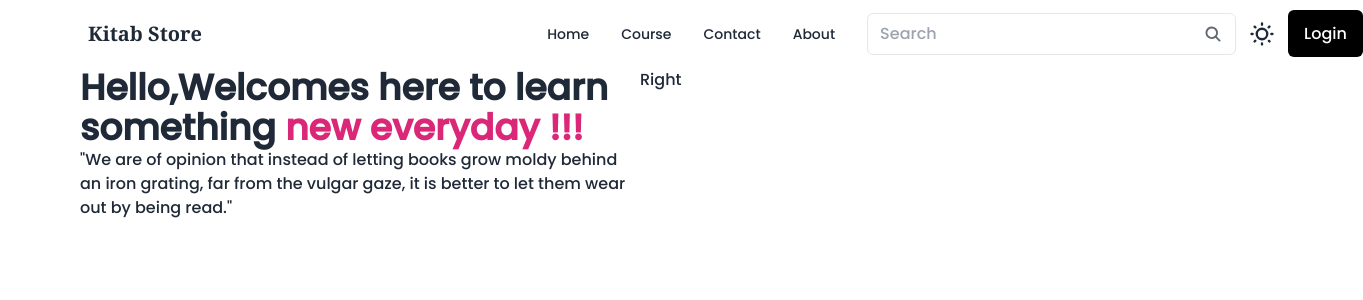
Repository: diensy/Kitab.com
Page: / (app in Frontend/)
The author's editor kept a copy of each file at every save. The page is drawn from the files as they stood at one save, then again after a run of saves.
The browser window is 1280 px wide. The page is 1363 px wide, so the pictures cover 1363 px, including what lies to the right of the window. The pictures show the whole page.
The project was rebuilt for these pictures with package versions that can differ from the ones it lists, and the page was loaded fresh each time. Also part of the build but not shown: Frontend/vite.config.js.

Above is the page before, as saved 2024-07-28 23:24:53.

### Frontend/src/App.jsx
import React from 'react'
import Navbar from './Components/Navbar'
import Banners from './Components/Banner'
const App = () => {
  return (
    <>
    <Navbar/>
    <Banners/>
    </>
  )
}

export default App

### Frontend/src/index.css
@import url("https://fonts.googleapis.com/css2?family=Fredoka:wght@300..700&family=Montserrat:ital,wght@0,100..900;1,100..900&family=Poppins:wght@500&display=swap");
@tailwind base;
@tailwind components;
@tailwind utilities;

body {
  font-family: "Poppins", sans-serif;
}

### Frontend/src/Components/Navbar.jsx
import React from "react";

const Navbar = () => {
  const navItems = (
    <>
      <li>
        <a>Home</a>
      </li>
      <li>
        <a>Course</a>
      </li>
      <li>
        <a>Contact</a>
      </li>
      <li>
        <a>About</a>
      </li>
    </>
  );
  return (
    <>
      <div className="max-w-screen-2xl container mx-auto md:px-20 px-4">
        <div className="navbar bg-base-100">
          <div className="navbar-start">
            <div className="dropdown">
              <div
                tabIndex={0}
                role="button"
                className="btn btn-ghost lg:hidden"
              >
                <svg
                  xmlns="http://www.w3.org/2000/svg"
                  className="h-5 w-5"
                  fill="none"
                  viewBox="0 0 24 24"
                  stroke="currentColor"
                >
                  <path
                    strokeLinecap="round"
                    strokeLinejoin="round"
                    strokeWidth="2"
                    d="M4 6h16M4 12h8m-8 6h16"
                  />
                </svg>
              </div>
              <ul
                tabIndex={0}
                className="menu menu-sm dropdown-content bg-base-100 rounded-box z-[1] mt-3 w-52 p-2 shadow"
              >
                {navItems}
              </ul>
            </div>
            <a className="text-xl font-bold cursor-pointer font-serif">
              Kitab Store
            </a>
          </div>
          <div className="nav-end space-x-3">
            <div className="navbar-center hidden lg:flex ">
              <ul className="menu menu-horizontal px-1">{navItems}</ul>
            </div>
            <div className="hidden md:block">
              <label className="flex items-center gap-2 border outline-none px-3 py-2 rounded-md">
                <input type="text" className="grow" placeholder="Search" />
                <svg
                  xmlns="http://www.w3.org/2000/svg"
                  viewBox="0 0 16 16"
                  fill="currentColor"
                  className="h-5 w-5 opacity-70"
                >
                  <path
                    fillRule="evenodd"
                    d="M9.965 11.026a5 5 0 1 1 1.06-1.06l2.755 2.754a.75.75 0 1 1-1.06 1.06l-2.755-2.754ZM10.5 7a3.5 3.5 0 1 1-7 0 3.5 3.5 0 0 1 7 0Z"
                    clipRule="evenodd"
                  />
                </svg>
              </label>
            </div>
            <label className="swap swap-rotate">
              {/* this hidden checkbox controls the state */}
              <input
                type="checkbox"
                className="theme-controller"
                value="synthwave"
              />

              {/* sun icon */}
              <svg
                className="swap-off h-7 w-7 fill-current"
                xmlns="http://www.w3.org/2000/svg"
                viewBox="0 0 24 24"
              >
                <path d="M5.64,17l-.71.71a1,1,0,0,0,0,1.41,1,1,0,0,0,1.41,0l.71-.71A1,1,0,0,0,5.64,17ZM5,12a1,1,0,0,0-1-1H3a1,1,0,0,0,0,2H4A1,1,0,0,0,5,12Zm7-7a1,1,0,0,0,1-1V3a1,1,0,0,0-2,0V4A1,1,0,0,0,12,5ZM5.64,7.05a1,1,0,0,0,.7.29,1,1,0,0,0,.71-.29,1,1,0,0,0,0-1.41l-.71-.71A1,1,0,0,0,4.93,6.34Zm12,.29a1,1,0,0,0,.7-.29l.71-.71a1,1,0,1,0-1.41-1.41L17,5.64a1,1,0,0,0,0,1.41A1,1,0,0,0,17.66,7.34ZM21,11H20a1,1,0,0,0,0,2h1a1,1,0,0,0,0-2Zm-9,8a1,1,0,0,0-1,1v1a1,1,0,0,0,2,0V20A1,1,0,0,0,12,19ZM18.36,17A1,1,0,0,0,17,18.36l.71.71a1,1,0,0,0,1.41,0,1,1,0,0,0,0-1.41ZM12,6.5A5.5,5.5,0,1,0,17.5,12,5.51,5.51,0,0,0,12,6.5Zm0,9A3.5,3.5,0,1,1,15.5,12,3.5,3.5,0,0,1,12,15.5Z" />
              </svg>

              {/* moon icon */}
              <svg
                className="swap-on h-7 w-7 fill-current"
                xmlns="http://www.w3.org/2000/svg"
                viewBox="0 0 24 24"
              >
                <path d="M21.64,13a1,1,0,0,0-1.05-.14,8.05,8.05,0,0,1-3.37.73A8.15,8.15,0,0,1,9.08,5.49a8.59,8.59,0,0,1,.25-2A1,1,0,0,0,8,2.36,10.14,10.14,0,1,0,22,14.05,1,1,0,0,0,21.64,13Zm-9.5,6.69A8.14,8.14,0,0,1,7.08,5.22v.27A10.15,10.15,0,0,0,17.22,15.63a9.79,9.79,0,0,0,2.1-.22A8.11,8.11,0,0,1,12.14,19.73Z" />
              </svg>
            </label>
            <div className="">
              <a className="bg-black text-white px-4 py-3 rounded-md hover:bg-slate-800 duration-300 cursor-pointer">
                Login
              </a>
            </div>
          </div>
        </div>
      </div>
    </>
  );
};

export default Navbar;

### Frontend/src/Components/Banner.jsx
import React from "react";

const Banner = () => {
  return (
    <>
      <div className="max-w-screen-2xl container mx-auto md:px-20 px-4 flex flex-col md:flex-row">
        <div className="w-full md:w-1/2">
          <h1 className="text-4xl font-bold">
            Hello,Welcomes here to learn something
            <span className="text-pink-600 "> new everyday !!!</span>
          </h1>
          <p>
            "We are of opinion that instead of letting books grow moldy behind
            an iron grating, far from the vulgar gaze, it is better to let them
            wear out by being read."
          </p>
        </div>
        <div className="w-full md:w-1/2">Right</div>
      </div>
    </>
  );
};

export default Banner;

Loaded but not shown: Frontend/index.html (common file); Frontend/src/main.jsx (common file); Frontend/tailwind.config.js (common file)

After the next 2 saves:
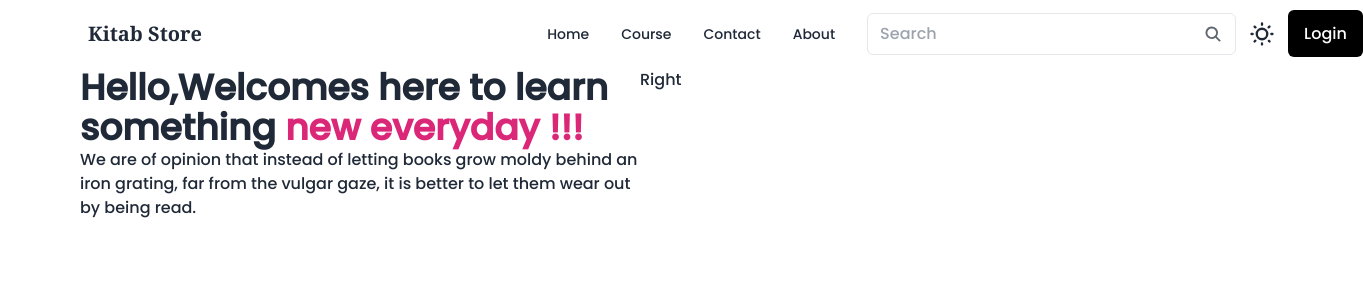
The 2 saves are shown as one change because they came seconds apart.
The last was saved 11 s later.
--- a/Frontend/src/Components/Banner.jsx
+++ b/Frontend/src/Components/Banner.jsx
@@ -10,9 +10,9 @@ const Banner = () => {
             <span className="text-pink-600 "> new everyday !!!</span>
           </h1>
           <p>
-            "We are of opinion that instead of letting books grow moldy behind
-            an iron grating, far from the vulgar gaze, it is better to let them
-            wear out by being read."
+            We are of opinion that instead of letting books grow moldy behind an
+            iron grating, far from the vulgar gaze, it is better to let them
+            wear out by being read.
           </p>
         </div>
         <div className="w-full md:w-1/2">Right</div>
